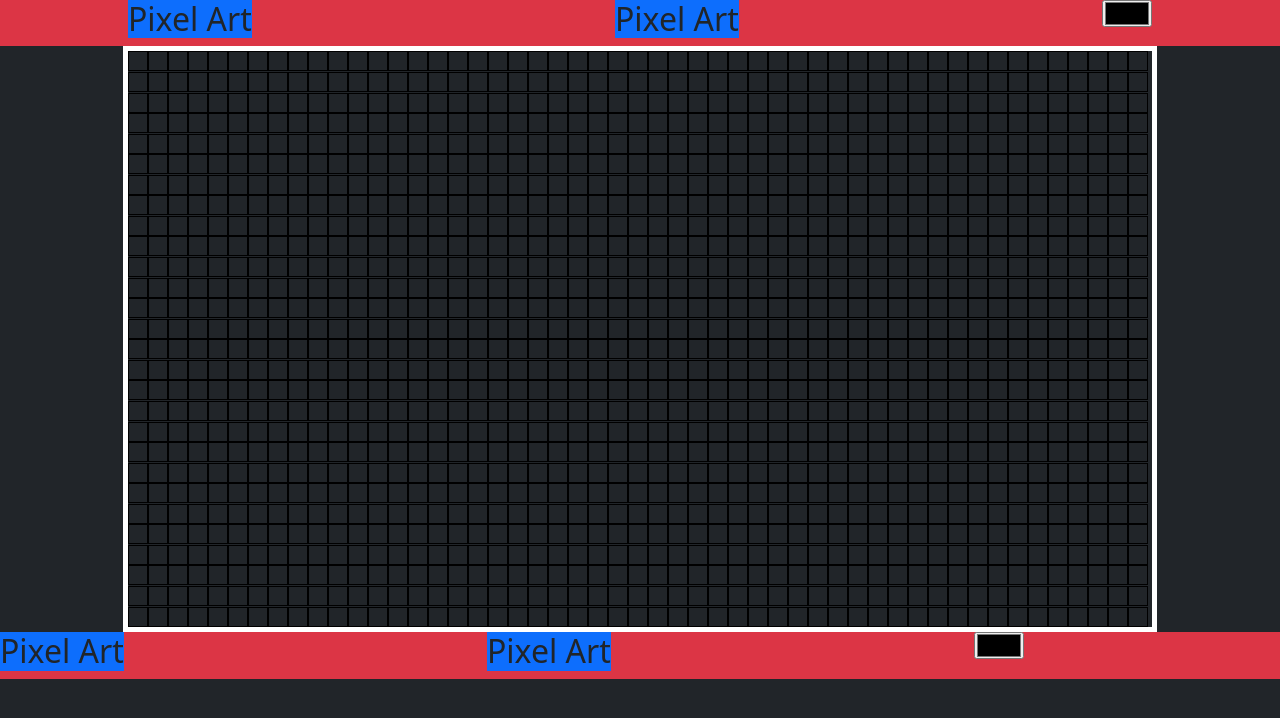
Repository: bechara611/pixelartdb
Page: /
An editor plug-in stored every save of this project. The page is shown before and after the next save, followed by the edit.
The browser window is 1280 px wide. The pictures show the whole page.
The project was rebuilt for these pictures with package versions that can differ from the ones it lists, and the page was loaded fresh each time. Also part of the build but not shown: vite.config.js.

Above is the page before, as saved 2023-03-07 13:36:12.

### src/main.jsx
import React from 'react'
import ReactDOM from 'react-dom/client'
import App from './App'
import 'bootstrap/dist/css/bootstrap.min.css'
import 'bootstrap/dist/js/bootstrap.bundle.js'

ReactDOM.createRoot(document.getElementById('root')).render(

    <App />

)

### src/App.jsx

import { useEffect, useState } from 'react'
import './App.css'
import { SelectableGroup } from 'react-selectable-fast'
import { Pixel } from './Pixel'

const App = () => {
  const [pixels, setPixels] = useState([])
  const [isSelecting, setIsSelecting] = useState(false)
  const [startIndex, setStartIndex] = useState(null)
  const [colorActual, setcolorActual] = useState('transparent')

  useEffect(() => {
    let contenedor = document.getElementById('contenedor')
    let divsAloAlto = Math.floor(contenedor.offsetHeight / 20)
    let divsAlOancho = Math.floor(contenedor.offsetWidth / 20);
    //para saber cuantos divs necesita un contenedor multiplica el numero de divs a lo alto * el numero de divds a lo ancho
    setPixels(Array.from({ length: divsAloAlto * divsAlOancho }, () => { return { active: false, color: colorActual } }))

  }, [])

  const funcionArray = (index) => {
    let nuevoArray = [...pixels]
    nuevoArray[index] = { active: true, color: colorActual }
    setPixels(nuevoArray)
  }

  useEffect(() => {
    //console.log({ pixels })
  }, [pixels])

  const onMouseDown = (index) => {
    setIsSelecting(true);
    setStartIndex(index)
    // console.log('onMouseDown')
  }


  const onMouseOver2 = (index) => {
    if (isSelecting) {
      const pixelsupdated = [...pixels]
      pixelsupdated[index] = { ...pixelsupdated[index], active: true, color: colorActual }

      setPixels(pixelsupdated)

    }
    // console.log('onMouseOver')
  }
  const onMouseUp2 = (index) => {
    setIsSelecting(false)

  }
  return (
    <>
      <div className="bg-dark fondo">
        <div className="col-12 contenedor-05 bg-danger">
          <div className="contenedor-mayor2 header">
            <h2 className='bg-primary'>Pixel Art</h2>
            <h2 className='bg-primary'>Pixel Art</h2>
            <input type="color"  onChange={(e) => { setcolorActual(e.target.value) }} />
          </div>
        </div>
        <div className="contenedor-mayor ">
          <div className="contorno">
            <div className="contenedor " id='contenedor'>

              {

                pixels.map((a, index) => {
                  return <Pixel key={index}
                    color={a.color}
                    active={a.active}
                    funcion={() => funcionArray(index)}
                    onMouseDown={() => { onMouseDown(index) }}
                    onMouseUp={() => { onMouseUp2(index) }}
                    onMouseOver={() => { onMouseOver2(index) }}
                  ></Pixel>
                })

              }

            </div>
          </div>
        </div>
        <div className="col-12 contenedor-06 bg-danger">
          <div className="contenedor-mayor2 header">
            <h2 className='bg-primary'>Pixel Art</h2>
            <h2 className='bg-primary'>Pixel Art</h2>
            <input type="color"  onChange={(e) => { setcolorActual(e.target.value) }} />
          </div>
        </div>
      </div>
    </>
  )
}

export default App

### src/App.css
.fondo{
  height: 100vh;

}

.contorno{
  border: 5px solid white;
}

.contenedor-mayor{
  display: flex;
  flex-direction: row;
  justify-content: center;
  justify-self: center;
  align-items: center;

}
.contenedor-mayor2{
  width: 80vw;
  align-self: center;
  display: flex;
  flex-direction: row;
  justify-content: space-between;
}

.contenedor-05{
  display: flex;
  flex-direction: row;
  justify-content: center;
}

.pixel {
  width: 20px;
  height: 20px;
  border: 1px solid rgb(0, 0, 0);

  box-sizing: border-box;

}

.active {
background: transparent;
}

.contenedor {

  display: flex;
  flex-direction: row;
  flex-wrap: wrap;
  width: 80vw;
  height: 80vh;
  max-width: 80vw;
  max-height: 80vh;



}

### src/Pixel.jsx
import React, { useState } from 'react'
import './App.css'
import {selectableGroup, createSelectable} from 'react-selectable-fast'
export const Pixel = (props) => {
    const [isActive, setisActive] = useState(false)
  return (

 <div className={`pixel ${props.active ? 'active' : ''}`} style={{ background:props.active ? props.color : ''}}
 onClick={()=>{
    setisActive(!isActive)
    props.funcion();
}}
onMouseDown={()=>{props.onMouseDown()}}
onMouseUp={()=>{props.onMouseUp()}}
onTouchEnd={()=>{props.onMouseUp()}}
onMouseOver={()=>{props.onMouseOver()}}
onTouchStart={()=>{{
    props.onMouseDown()
    props.onMouseOver()}}}
 >

 </div>
  )
}

Loaded but not shown: index.html (common file)

After the next save:
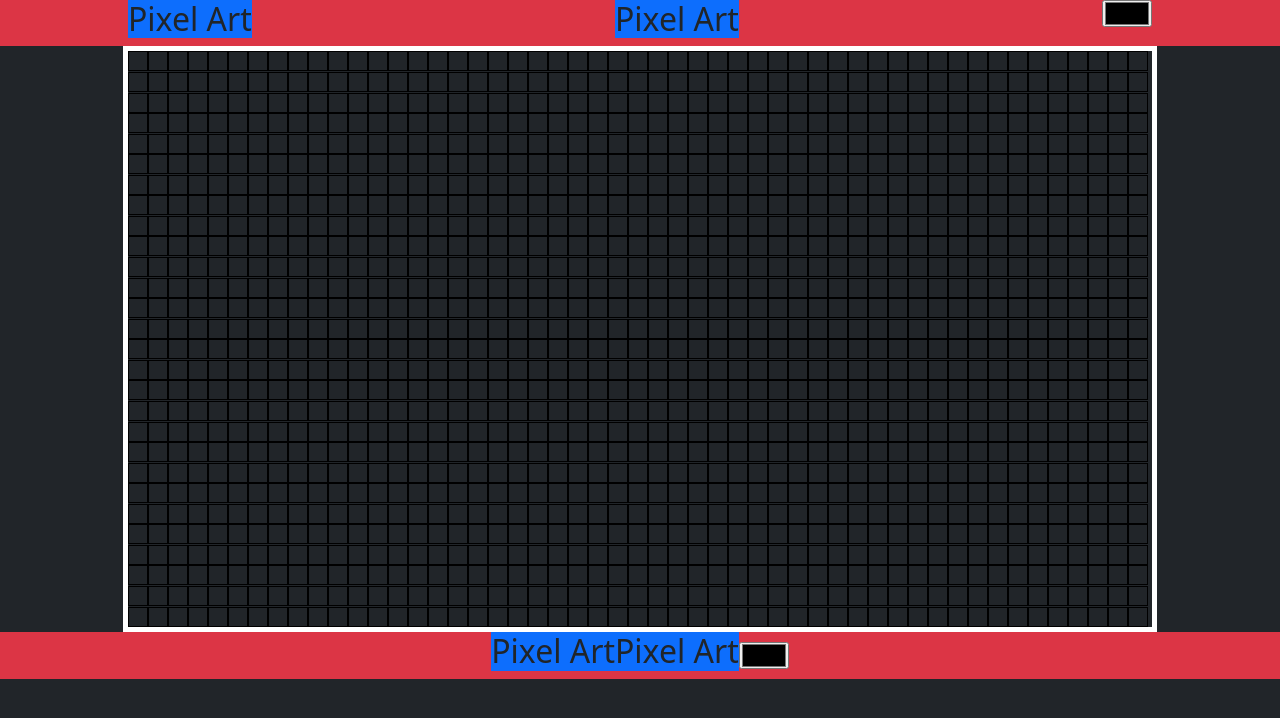
Saved 4 s later.
--- a/src/App.jsx
+++ b/src/App.jsx
@@ -83,7 +83,7 @@ const App = () => {
           </div>
         </div>
         <div className="col-12 contenedor-06 bg-danger">
-          <div className="contenedor-mayor2 header">
+          <div className="contenedor-mayor header">
             <h2 className='bg-primary'>Pixel Art</h2>
             <h2 className='bg-primary'>Pixel Art</h2>
             <input type="color"  onChange={(e) => { setcolorActual(e.target.value) }} />
